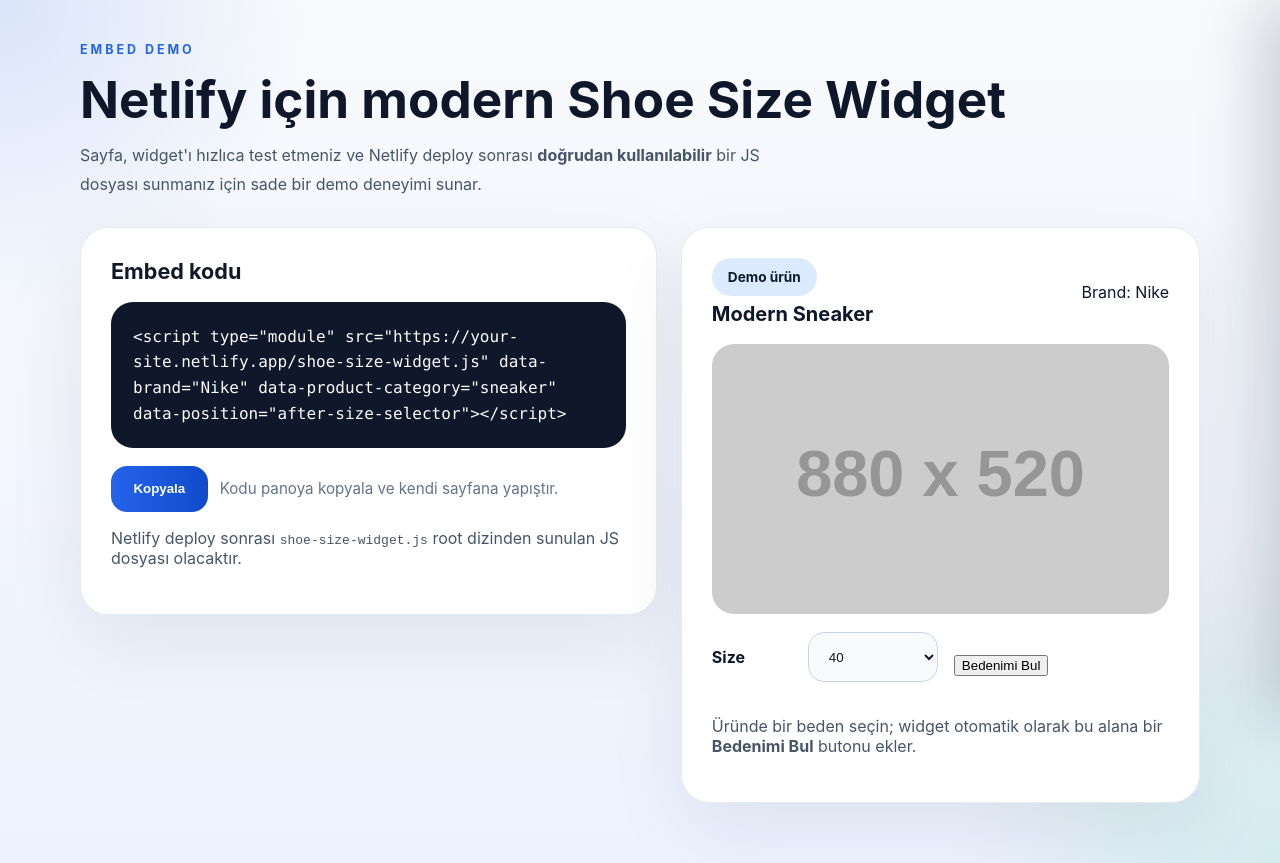
Repository: h-kod/sizeselect
Page: /
The author's editor kept a copy of each file at every save. The page is drawn from the files as they stood at one save, then again after the next save.
The browser window is 1280 px wide. The pictures show the whole page.
The project was rebuilt for these pictures with package versions that can differ from the ones it lists, and the page was loaded fresh each time. Also part of the build but not shown: vite.config.ts, src/components/FootMeasureForm.tsx.

Above is the page before, as saved 2026-06-07 05:20:20.

### index.html
<!doctype html>
<html lang="tr">
  <head>
    <meta charset="utf-8" />
    <meta name="viewport" content="width=device-width, initial-scale=1.0" />
    <title>Shoe Size Widget Demo</title>
    <style>
      :root {
        color-scheme: light;
        color: #0f172a;
        background: #f8fafc;
        font-family: Inter, ui-sans-serif, system-ui, -apple-system, BlinkMacSystemFont, "Segoe UI", sans-serif;
      }
      * {
        box-sizing: border-box;
      }
      html, body {
        margin: 0;
        min-height: 100vh;
        overflow-x: hidden;
      }
      body {
        background: radial-gradient(circle at top left, rgba(37,99,235,0.14), transparent 20%),
          radial-gradient(circle at bottom right, rgba(16,185,129,0.12), transparent 22%),
          linear-gradient(180deg, #f8fafc 0%, #eef2ff 100%);
      }
      main {
        max-width: 1160px;
        margin: 0 auto;
        padding: 42px 20px 60px;
      }
      .hero-headline {
        display: grid;
        gap: 16px;
        margin-bottom: 28px;
      }
      .eyebrow {
        display: inline-flex;
        align-items: center;
        gap: 0.45rem;
        color: #2563eb;
        font-size: 0.78rem;
        font-weight: 700;
        letter-spacing: 0.24em;
        text-transform: uppercase;
      }
      h1 {
        margin: 0;
        font-size: clamp(2.6rem, 4vw, 3.8rem);
        line-height: 1.02;
      }
      .lede {
        margin: 0;
        max-width: 46rem;
        color: #475569;
        font-size: 1rem;
        line-height: 1.8;
      }
      .grid-2 {
        display: grid;
        gap: 24px;
        min-width: 0;
      }
      .card {
        background: #ffffff;
        border: 1px solid rgba(148, 163, 184, 0.22);
        border-radius: 28px;
        box-shadow: 0 24px 80px rgba(15, 23, 42, 0.08);
        padding: 30px;
        min-width: 0;
      }
      .card h2 {
        margin-top: 0;
        margin-bottom: 18px;
        font-size: 1.35rem;
        color: #111827;
      }
      .code-block {
        margin: 0;
        padding: 22px;
        border-radius: 22px;
        background: #0f172a;
        color: #f8fafc;
        font-family: ui-monospace, SFMono-Regular, Menlo, Monaco, Consolas, "Liberation Mono", "Courier New", monospace;
        line-height: 1.6;
        white-space: pre-wrap;
        word-break: break-word;
      }
      .card-actions {
        margin-top: 18px;
        display: flex;
        flex-wrap: wrap;
        gap: 12px;
        align-items: center;
      }
      .copy-button {
        border: none;
        border-radius: 16px;
        padding: 0.95rem 1.4rem;
        background: linear-gradient(90deg, #2563eb, #0f4bcb);
        color: #fff;
        cursor: pointer;
        font-weight: 700;
        transition: transform .16s ease, filter .16s ease;
      }
      .copy-button:hover {
        transform: translateY(-1px);
        filter: brightness(1.05);
      }
      .copy-note {
        color: #64748b;
        font-size: 0.95rem;
      }
      .product-panel {
        display: grid;
        gap: 18px;
        min-width: 0;
      }
      .product-meta {
        display: flex;
        flex-wrap: wrap;
        justify-content: space-between;
        align-items: center;
        gap: 14px;
        min-width: 0;
      }
      .tag {
        display: inline-flex;
        padding: 0.7rem 1rem;
        border-radius: 999px;
        color: #0f172a;
        background: #dbeafe;
        font-size: 0.85rem;
        font-weight: 700;
      }
      .product-meta strong {
        display: block;
        margin-top: 6px;
        font-size: 1.25rem;
      }
      .product-panel img {
        width: 100%;
        border-radius: 22px;
        min-height: 230px;
        object-fit: cover;
      }
      .control-row {
        display: flex;
        flex-wrap: wrap;
        gap: 16px;
        align-items: center;
      }
      .control-row label {
        font-weight: 700;
        min-width: 80px;
      }
      .control-row select {
        min-width: 130px;
        padding: 0.95rem 1rem;
        border-radius: 16px;
        border: 1px solid #cbd5e1;
        background: #f8fafc;
        color: #0f172a;
      }
      .note {
        margin-top: 16px;
        color: #475569;
      }
      @media (min-width: 960px) {
        .grid-2 {
          grid-template-columns: 1fr 0.9fr;
          align-items: start;
        }
      }
      @media (max-width: 780px) {
        main {
          padding: 30px 16px 40px;
        }
        .grid-2 {
          grid-template-columns: 1fr;
        }
      }
      @media (max-width: 520px) {
        .card {
          padding: 24px;
        }
        .copy-button {
          width: 100%;
          justify-content: center;
        }
      }
    </style>
  </head>
  <body>
    <main>
      <section class="hero-headline">
        <span class="eyebrow">Embed demo</span>
        <h1>Netlify için modern Shoe Size Widget</h1>
        <p class="lede">Sayfa, widget'ı hızlıca test etmeniz ve Netlify deploy sonrası <strong>doğrudan kullanılabilir</strong> bir JS dosyası sunmanız için sade bir demo deneyimi sunar.</p>
      </section>

      <section class="grid-2">
        <article class="card">
          <h2>Embed kodu</h2>
          <pre class="code-block" id="embed-snippet">&lt;script type="module" src="https://your-site.netlify.app/shoe-size-widget.js" data-brand="Nike" data-product-category="sneaker" data-position="after-size-selector"&gt;&lt;/script&gt;</pre>
          <div class="card-actions">
            <button class="copy-button" id="copy-snippet">Kopyala</button>
            <span class="copy-note">Kodu panoya kopyala ve kendi sayfana yapıştır.</span>
          </div>
          <p class="note">Netlify deploy sonrası <code>shoe-size-widget.js</code> root dizinden sunulan JS dosyası olacaktır.</p>
        </article>

        <article class="card product-panel">
          <div class="product-meta">
            <div>
              <span class="tag">Demo ürün</span>
              <strong>Modern Sneaker</strong>
            </div>
            <span>Brand: Nike</span>
          </div>
          <img src="https://via.placeholder.com/880x520?text=Modern+Sneaker" alt="Modern Sneaker" />
          <div class="control-row">
            <label for="size-select">Size</label>
            <select id="size-select" name="size">
              <option>40</option>
              <option>41</option>
              <option>42</option>
              <option>42.5</option>
              <option>43</option>
              <option>44</option>
            </select>
          </div>
          <p class="note">Üründe bir beden seçin; widget otomatik olarak bu alana bir <strong>Bedenimi Bul</strong> butonu ekler.</p>
        </article>
      </section>
    </main>

    <script>
      const copyButton = document.getElementById('copy-snippet');
      const snippet = document.getElementById('embed-snippet');
      copyButton?.addEventListener('click', () => {
        const text = snippet?.textContent?.trim();
        if (!text) return;
        navigator.clipboard.writeText(text).then(() => {
          copyButton.textContent = 'Kopyalandı';
          setTimeout(() => { copyButton.textContent = 'Kopyala'; }, 1400);
        });
      });
    </script>

    <script type="module" src="/src/widget/embed.ts" data-brand="Nike" data-product-category="sneaker" data-position="after-size-selector"></script>
  </body>
</html>

### src/widget/embed.ts
import React from 'react'
import { createRoot } from 'react-dom/client'
import ShoeSizeWidget from './ShoeSizeWidget'
import cssText from '../styles/widget.css?inline'

function injectIntoShadow(rootEl:HTMLElement, brand:string){
  const host = document.createElement('div')
  host.style.display = 'inline-flex'
  host.style.marginTop = '14px'
  const shadow = host.attachShadow({mode:'open'})
  const style = document.createElement('style')
  style.textContent = cssText
  shadow.appendChild(style)
  const mount = document.createElement('div')
  shadow.appendChild(mount)
  rootEl.appendChild(host)
  const r = createRoot(mount)
  r.render(React.createElement(ShoeSizeWidget,{targetBrand:brand}))
}

function findInsertTarget(position:string){
  if(position === 'after-size-selector'){
    const sel = document.querySelector('select[name*="size"], select[id*="size"], select')
    if(sel && sel.parentElement) return sel.parentElement
  }
  return document.body
}

function init(){
  const script = document.currentScript as HTMLScriptElement | null
  const brand = script?.dataset.brand || 'Nike'
  const pos = script?.dataset.position || 'after-size-selector'
  const target = findInsertTarget(pos)
  if(!target) return
  injectIntoShadow(target, brand)
}

init()

### src/styles/widget.css
:host{font-family:Inter,system-ui,Segoe UI,Roboto,"Helvetica Neue",Arial;color:#111827;line-height:1.5;box-sizing:border-box;background:transparent}
*,*:before,*:after{box-sizing:inherit}
.ssw-overlay{position:fixed;inset:0;background:rgba(15,23,42,0.28);backdrop-filter:blur(2px);z-index:9998}
.ssw-drawer{position:fixed;right:0;top:0;height:100%;width:380px;max-width:100%;background:#ffffff;box-shadow:-20px 0 60px rgba(15,23,42,0.18);z-index:9999;transform:translateX(100%);transition:transform .28s ease,box-shadow .28s ease;display:flex;flex-direction:column;overflow:hidden}
.ssw-drawer.open{transform:translateX(0)}
.ssw-header{padding:24px 24px 18px;border-bottom:1px solid #e2e8f0;background:#ffffff}
.ssw-title{margin:0;font-size:1.3rem;font-weight:700;letter-spacing:-0.02em;color:#0f172a}
.ssw-subtitle{margin:10px 0 0;color:#475569;font-size:0.95rem;max-width:94%;line-height:1.6}
.ssw-body{padding:20px 24px 140px;overflow:auto;flex:1;display:grid;gap:18px}
.ssw-footer{position:absolute;left:0;right:0;bottom:0;padding:18px 24px;border-top:1px solid #f1f5f9;background:#fff;display:flex;gap:12px;justify-content:space-between;align-items:center;flex-wrap:wrap}
.ssw-button{background:linear-gradient(90deg,#2563eb,#0f4bcb);color:#fff;padding:14px 18px;border-radius:16px;border:none;font-weight:700;cursor:pointer;min-width:160px;transition:transform .16s ease,filter .16s ease;box-shadow:0 14px 36px rgba(37,99,235,0.16)}
.ssw-button:hover{transform:translateY(-1px);filter:brightness(1.03)}
.ssw-secondary{background:#f8fafc;color:#0f172a;padding:12px 16px;border-radius:16px;border:1px solid #e2e8f0;font-weight:700;cursor:pointer}
.ssw-secondary:hover{background:#eff6ff}
.ssw-link{color:#2563eb;cursor:pointer;text-decoration:none;font-weight:600}
.ssw-footer .ssw-link{font-size:0.95rem}
.result-card{padding:22px;border-radius:22px;background:#eff6ff;border:1px solid #dbeafe;box-shadow:0 10px 30px rgba(59,130,246,0.1);display:grid;gap:16px}
.ssw-result-grid{display:grid;gap:16px}
.ssw-result-row{display:flex;justify-content:space-between;gap:16px;align-items:flex-start}
.ssw-result-label{margin:0;font-size:0.95rem;color:#475569}
.ssw-result-value{margin:6px 0 0;font-size:1.6rem;font-weight:700;color:#0f172a}
.ssw-result-confidence{display:flex;flex-direction:column;align-items:flex-end;gap:6px;text-align:right}
.ssw-result-note{color:#475569;font-size:0.95rem;line-height:1.7}
.ssw-result-help{background:#ffffff;border-radius:16px;padding:14px 16px;color:#0f172a;border:1px solid #dbeafe}
.ssw-section{display:grid;gap:10px}
.ssw-section:first-of-type{margin-top:0}
.ssw-label{display:block;margin-bottom:0;color:#334155;font-size:0.95rem;font-weight:600}
.ssw-input,
.ssw-select,
.ssw-textarea{width:100%;border:1px solid #e2e8f0;border-radius:16px;padding:14px 16px;font-size:0.95rem;color:#0f172a;background:#fff;outline:none;transition:border-color .16s ease,box-shadow .16s ease}
.ssw-input:focus,
.ssw-select:focus{border-color:#2563eb;box-shadow:0 0 0 4px rgba(37,99,235,0.12)}
.ssw-pill-group{display:grid;grid-template-columns:repeat(2,minmax(0,1fr));gap:10px}
.ssw-pill{border:1px solid #e2e8f0;border-radius:16px;padding:12px 14px;font-size:0.95rem;background:#f8fafc;color:#0f172a;cursor:pointer;transition:transform .16s ease,background .16s ease,border-color .16s ease;min-width:0}
.ssw-pill.active{background:#2563eb;color:#fff;border-color:#2563eb;box-shadow:0 12px 28px rgba(37,99,235,0.16)}
.ssw-pill:hover{transform:translateY(-1px);background:#e2e8f0}
.ssw-brand-grid{display:grid;grid-template-columns:1fr;gap:12px;margin-top:12px}
.ssw-brand-card{display:flex;align-items:center;gap:14px;padding:16px 18px;border-radius:18px;border:1px solid #e2e8f0;background:#fff;cursor:pointer;transition:transform .16s ease,box-shadow .16s ease,border-color .16s ease;text-align:left;width:100%;min-height:98px}
.ssw-brand-card:hover{transform:translateY(-1px);box-shadow:0 18px 50px rgba(15,23,42,0.08)}
.ssw-brand-card.active{border-color:#2563eb;box-shadow:0 18px 50px rgba(37,99,235,0.14)}
.ssw-brand-avatar{display:inline-flex;align-items:center;justify-content:center;width:44px;height:44px;border-radius:50%;color:#fff;font-weight:700;font-size:0.95rem;flex-shrink:0}
.ssw-brand-card strong{display:block;font-size:1rem;margin-bottom:4px;color:#111827}
.ssw-brand-card small{display:block;color:#64748b;font-size:0.85rem;line-height:1.4}
.ssw-chip{display:inline-flex;align-items:center;gap:10px;padding:12px 16px;border-radius:999px;background:#eff6ff;color:#0f172a;border:1px solid #dbeafe;font-size:0.95rem;font-weight:600}
.ssw-tile{padding:18px;border-radius:22px;background:#f8fafc;border:1px solid #e2e8f0}
.ssw-stepper{display:flex;gap:10px;flex-wrap:wrap;margin-bottom:18px}
.ssw-step{padding:8px 14px;border-radius:999px;font-size:0.85rem;background:#f8fafc;color:#475569}
.ssw-step.active{background:#2563eb;color:#fff}
.ssw-description{color:#475569;font-size:0.95rem;line-height:1.7;margin-top:12px}
.ssw-section-note{margin-top:10px;color:#64748b;font-size:0.92rem;line-height:1.6}
@media(max-width:640px){
  .ssw-drawer{width:100%;max-width:100%;border-top-left-radius:18px;border-top-right-radius:18px}
  .ssw-header{border-radius:0 0 18px 18px}
  .ssw-body{padding:18px 18px 160px}
  .ssw-footer{padding:18px 18px}
  .ssw-pill-group{grid-template-columns:1fr}
}

### src/widget/drawer.tsx
import React, { useEffect, useRef } from 'react'

export default function Drawer({open,onClose,children}:{open:boolean,onClose:()=>void,children:any}){
  const ref = useRef<HTMLDivElement|null>(null)
  useEffect(()=>{
    function onKey(e:KeyboardEvent){ if(e.key==='Escape') onClose() }
    if(open) document.addEventListener('keydown',onKey)
    return ()=> document.removeEventListener('keydown',onKey)
  },[open])
  return (
    <div>
      {open && <div className="ssw-overlay" onClick={onClose} />}
      <aside ref={ref} className={`ssw-drawer${open? ' open':''}`} role="dialog" aria-label="Ayakkabı numarası asistanı">
        <header className="ssw-header">
          <div style={{display:'flex',justifyContent:'space-between',alignItems:'center',gap:12}}>
            <div>
              <p className="ssw-title">Hemen bedenini seç</p>
              <p className="ssw-subtitle">3 adımda doğru numarayı bulmana yardımcı olur.</p>
            </div>
            <button type="button" className="ssw-secondary" onClick={onClose}>Kapat</button>
          </div>
        </header>
        <div className="ssw-body">{children}</div>
      </aside>
    </div>
  )
}

### src/components/BrandSelector.tsx
import React from 'react'
import { brandMeta } from '../data/brandMeta'

const BRANDS = Object.keys(brandMeta) as Array<keyof typeof brandMeta>

export default function BrandSelector({value,onChange}:{value:string,onChange:(v:string)=>void}){
  return (
    <div className="ssw-section">
      <label className="ssw-label">Daha önce hangi markayı giydin?</label>
      <div className="ssw-brand-grid">
        {BRANDS.map(b => {
          const meta = brandMeta[b]
          return (
            <button key={b} type="button" className={`ssw-brand-card ${value===b? 'active':''}`} onClick={()=>onChange(b)}>
              <span className="ssw-brand-avatar" style={{backgroundColor:meta.color}}>{meta.label}</span>
              <span>
                <strong>{meta.display}</strong>
                <small>{meta.caption}</small>
              </span>
            </button>
          )
        })}
      </div>
    </div>
  )
}

### src/components/SizeSelector.tsx
import React from 'react'

export default function SizeSelector({system,options,value,onChange}:{system:string,options:number[]|string[],value:string,onChange:(v:string)=>void}){
  return (
    <div className="ssw-section">
      <label className="ssw-label">Mevcut numaran</label>
      <div className="ssw-chip">{system}</div>
      <select className="ssw-select" value={value} onChange={e=>onChange(e.target.value)}>
        {options.map(o=> <option key={String(o)} value={String(o)}>{String(o)}</option>)}
      </select>
    </div>
  )
}

### src/components/FitPreference.tsx
import React from 'react'

export default function FitPreference({value,onChange}:{value:string,onChange:(v:string)=>void}){
  const opts = [{k:'dar',t:'Dar seviyorum'},{k:'normal',t:'Tam otursun'},{k:'rahat',t:'Rahat olsun'},{k:'tarakli',t:'Ayağım taraklı'}]
  return (
    <div className="ssw-section">
      <label className="ssw-label">Fit tercihin</label>
      <div className="ssw-pill-group">
        {opts.map(o=> (
          <button key={o.k} type="button" className={`ssw-pill ${value===o.k? 'active':''}`} onClick={()=>onChange(o.k)}>{o.t}</button>
        ))}
      </div>
    </div>
  )
}

### src/components/ResultCard.tsx
import React from 'react'

export default function ResultCard({recommended,alternative,fitNote,confidence}:{recommended:string,alternative:string,fitNote?:string,confidence?:number}){
  return (
    <div className="ssw-section">
      <div className="result-card">
        <div className="ssw-result-grid">
          <div className="ssw-result-row">
            <div>
              <p className="ssw-result-label">Önerilen beden</p>
              <p className="ssw-result-value">{recommended}</p>
            </div>
            <div className="ssw-result-confidence">
              <p className="ssw-result-label">Güven</p>
              <p className="ssw-result-value">{confidence}%</p>
            </div>
          </div>
          <div className="ssw-result-row">
            <span className="ssw-result-label">Alternatif</span>
            <strong>{alternative}</strong>
          </div>
          {fitNote && <div className="ssw-result-note">{fitNote}</div>}
          <div className="ssw-result-help">
            Ayağın taraklıysa {recommended}, normal kalıpsa {alternative} tercih edebilirsin.
          </div>
        </div>
      </div>
    </div>
  )
}

### src/utils/sizeConverter.ts
import { brandSizeProfiles } from '../data/brandSizeProfiles'

export type SizeSystem = 'EU' | 'US' | 'UK' | 'CM'

export function toCm(brand: string, value: number, system: SizeSystem) {
  const profile: any = (brandSizeProfiles as any)[brand]
  if (!profile) return null
  if (system === 'CM') return value
  const sizes = profile.sizes
  // find closest in given system
  const key = system.toLowerCase()
  let closest = sizes[0]
  let min = Infinity
  for (const s of sizes) {
    const v = (s as any)[key === 'us' ? 'us_m' : key === 'uk' ? 'uk_m' : 'eu']
    if (v == null) continue
    const diff = Math.abs(v - value)
    if (diff < min) {
      min = diff
      closest = s
    }
  }
  return closest.cm
}

export function findNearestSizeByCm(brand: string, cm: number) {
  const profile: any = (brandSizeProfiles as any)[brand]
  if (!profile) return null
  let best = profile.sizes[0]
  let min = Math.abs(best.cm - cm)
  for (const s of profile.sizes) {
    const d = Math.abs(s.cm - cm)
    if (d < min) {
      min = d
      best = s
    }
  }
  return best
}

export function applyFitPreference(euSize:number, pref:string){
  if(pref === 'dar') return euSize - 0.5
  if(pref === 'rahat' || pref==='tarakli') return euSize + 0.5
  return euSize
}

### src/data/brandSizeProfiles.ts
export const brandSizeProfiles = {
  Nike: {
    fitNote: 'Genellikle dar/standart kalıp. Bazı modellerde yarım numara büyük tercih edilebilir.',
    offsetFromStandard: 0.5,
    sizes: [
      { eu: 40, us_m: 7, uk_m: 6, cm: 25 },
      { eu: 41, us_m: 8, uk_m: 7, cm: 26 },
      { eu: 42, us_m: 8.5, uk_m: 7.5, cm: 26.5 },
      { eu: 42.5, us_m: 9, uk_m: 8, cm: 27 },
      { eu: 43, us_m: 9.5, uk_m: 8.5, cm: 27.5 }
    ]
  },
  Adidas: {
    fitNote: 'Genellikle standart kalıp. Nike’a göre bazı modellerde biraz daha geniş hissedilebilir.',
    offsetFromStandard: 0,
    sizes: [
      { eu: 40, us_m: 7, uk_m: 6, cm: 25.2 },
      { eu: 41, us_m: 8, uk_m: 7, cm: 26.1 },
      { eu: 42, us_m: 8.5, uk_m: 7.5, cm: 26.6 },
      { eu: 42.5, us_m: 9, uk_m: 8, cm: 27.1 },
      { eu: 43, us_m: 9.5, uk_m: 8.5, cm: 27.6 }
    ]
  }
} as const

### src/data/brandMeta.ts
export const brandMeta = {
  Nike: { label: 'NI', display: 'Nike', color: '#111111', caption: 'Hafif dar kalıp' },
  Adidas: { label: 'AD', display: 'Adidas', color: '#000000', caption: 'Standart kalıp' },
  Puma: { label: 'PU', display: 'Puma', color: '#d62828', caption: 'Sportif ve sıkı' },
  'New Balance': { label: 'NB', display: 'New Balance', color: '#1f2937', caption: 'Rahat günlük kullanıma' },
  Converse: { label: 'CV', display: 'Converse', color: '#0f172a', caption: 'Klasik sneaker uyumu' },
  Vans: { label: 'VA', display: 'Vans', color: '#111827', caption: 'Kaykaycı tarzı' },
  Reebok: { label: 'RB', display: 'Reebok', color: '#0f766e', caption: 'Aktif spor kalıbı' },
  Skechers: { label: 'SK', display: 'Skechers', color: '#334155', caption: 'Konfor odaklı' }
} as const

Loaded but not shown: src/widget/ShoeSizeWidget.tsx (138 lines, source omitted); src/utils/domIntegration.ts (53 lines, source omitted)

After the next save:
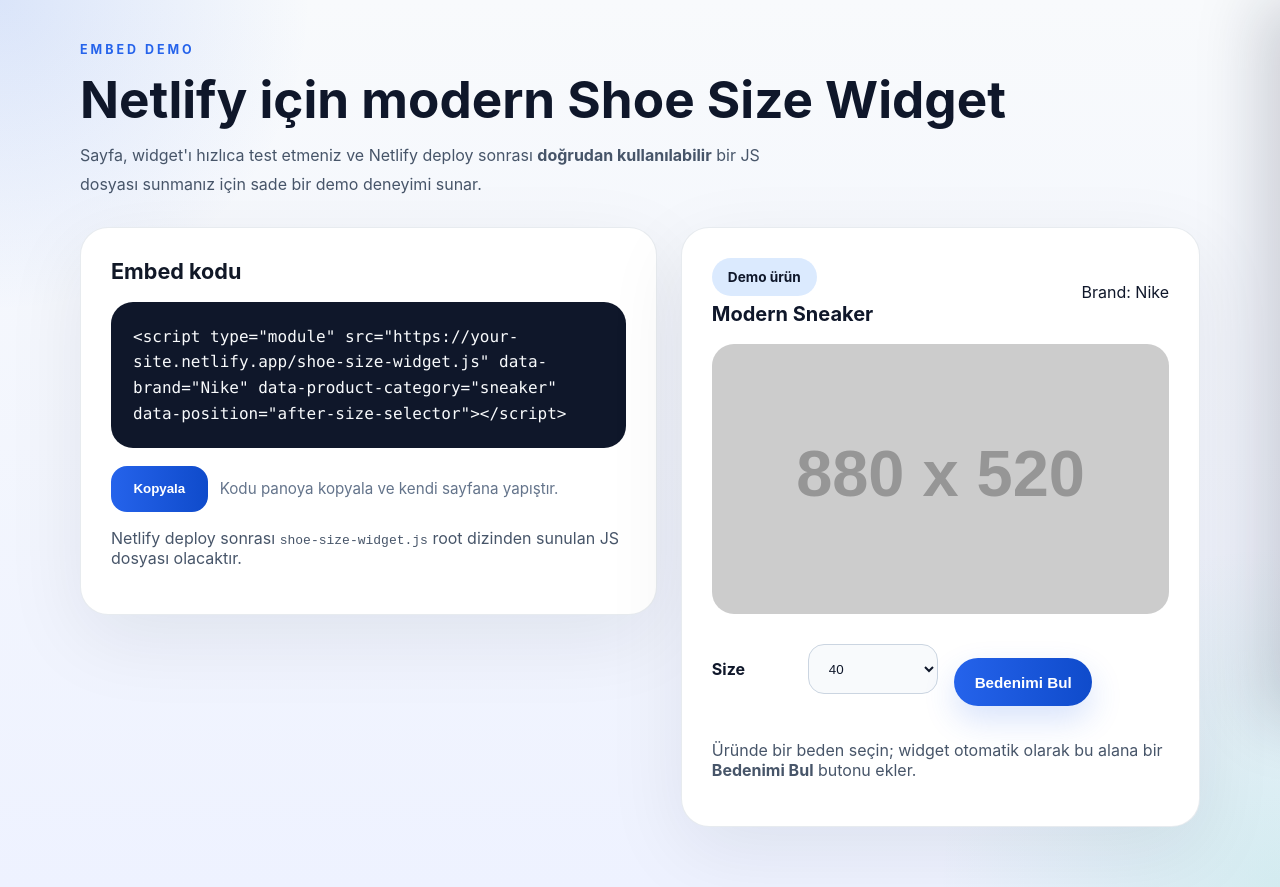
Saved 25 s later.
--- a/src/styles/widget.css
+++ b/src/styles/widget.css
@@ -4,6 +4,10 @@
 .ssw-drawer{position:fixed;right:0;top:0;height:100%;width:380px;max-width:100%;background:#ffffff;box-shadow:-20px 0 60px rgba(15,23,42,0.18);z-index:9999;transform:translateX(100%);transition:transform .28s ease,box-shadow .28s ease;display:flex;flex-direction:column;overflow:hidden}
 .ssw-drawer.open{transform:translateX(0)}
 .ssw-header{padding:24px 24px 18px;border-bottom:1px solid #e2e8f0;background:#ffffff}
+.ssw-widget{display:inline-flex}
+.ssw-trigger-container{margin-top:12px}
+.ssw-trigger{border:none;border-radius:999px;padding:0.95rem 1.3rem;font-size:0.95rem;font-weight:700;background:linear-gradient(90deg,#2563eb,#0f4bcb);color:#fff;cursor:pointer;box-shadow:0 14px 32px rgba(37,99,235,0.18);transition:transform .16s ease,filter .16s ease}
+.ssw-trigger:hover{transform:translateY(-1px);filter:brightness(1.05)}
 .ssw-title{margin:0;font-size:1.3rem;font-weight:700;letter-spacing:-0.02em;color:#0f172a}
 .ssw-subtitle{margin:10px 0 0;color:#475569;font-size:0.95rem;max-width:94%;line-height:1.6}
 .ssw-body{padding:20px 24px 140px;overflow:auto;flex:1;display:grid;gap:18px}
